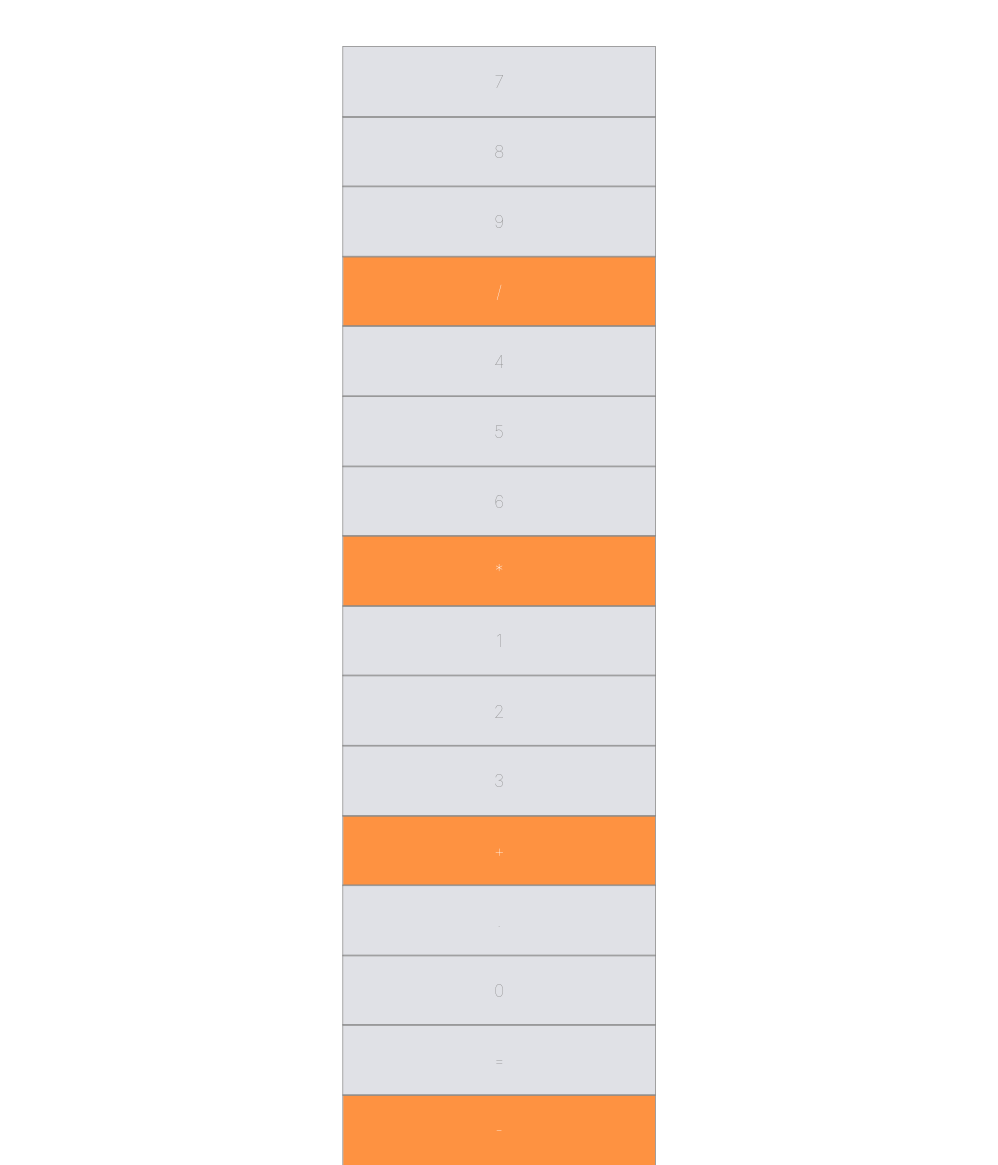
Repository: TECHIE404/Calculator
Page: /
These files come from the project's save history. The page is drawn as it stood at one moment and after the next save; the edit follows.
The browser window is 1280 px wide. The pictures show the whole page, at 78% of full size.
The project was rebuilt for these pictures with package versions that can differ from the ones it lists, and the page was loaded fresh each time.

Above is the page before, as saved 2021-04-27 20:20:13.

After the next save:
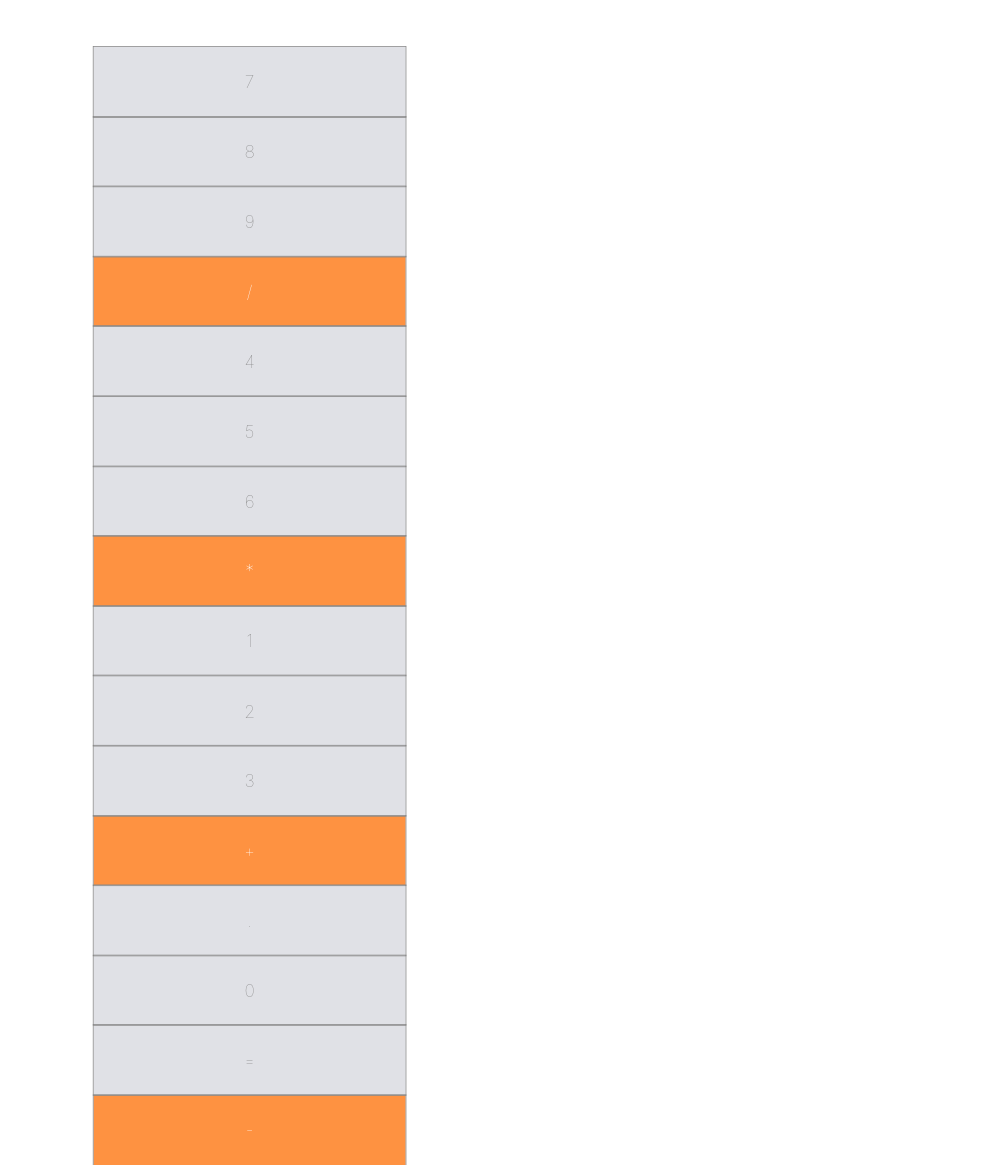
Saved 18 s later.
--- a/src/App.css
+++ b/src/App.css
@@ -3,7 +3,7 @@
   justify-content: center;
   align-items: center;
   height: 100vh;
-  width: 100%;
+  width: 50%;
 
 }
 .calc-wrapper{

After the save that followed:
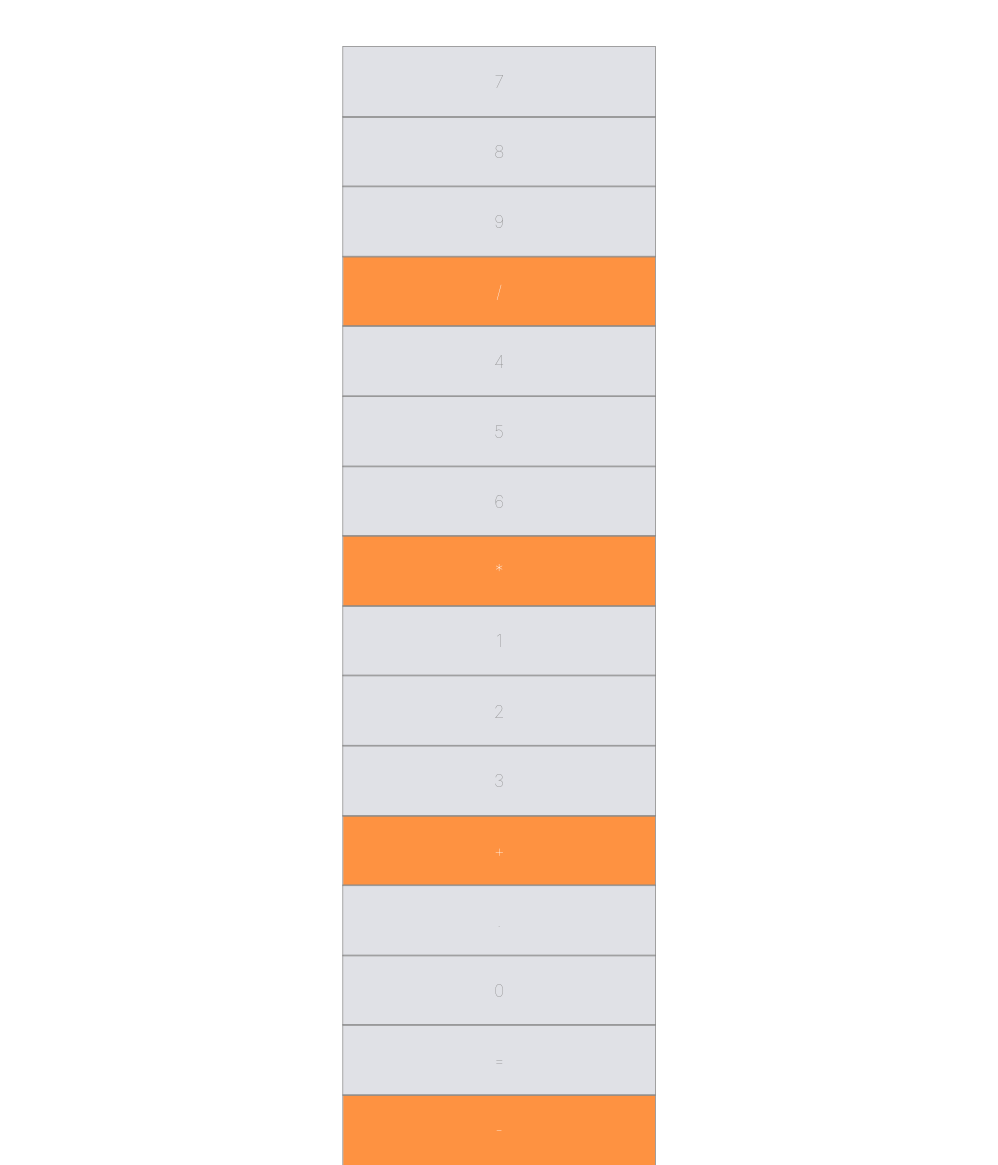
Saved 4 s later.
--- a/src/App.css
+++ b/src/App.css
@@ -3,7 +3,7 @@
   justify-content: center;
   align-items: center;
   height: 100vh;
-  width: 50%;
+  width: 100%;
 
 }
 .calc-wrapper{
